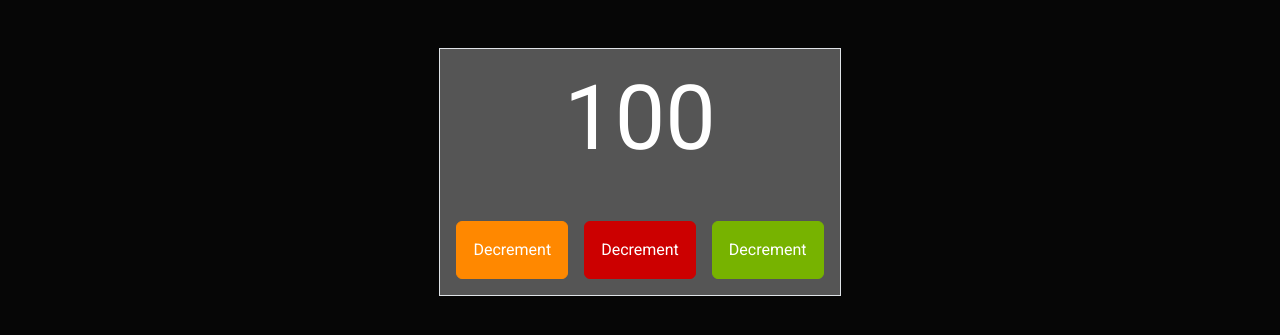
Repository: Afraz13/Emoboo
Page: /
An editor plug-in stored every save of this project. The page is shown before and after the next save, followed by the edit.
The browser window is 1280 px wide. The pictures show the whole page.
The project was rebuilt for these pictures with package versions that can differ from the ones it lists, and the page was loaded fresh each time.

Above is the page before, as saved 2024-08-15 12:40:50.

After the next save:
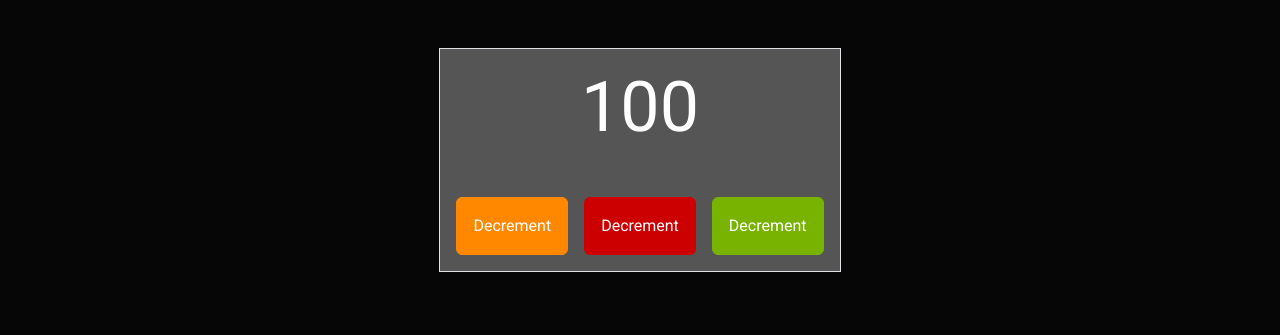
Saved 15 s later.
--- a/src/compontent/Counter.jsx
+++ b/src/compontent/Counter.jsx
@@ -4,7 +4,7 @@ function Counter() {
   return (
     <div className='d-flex justify-content-center align-items-center w-100  flex-column mt-5  '>
         <div className='border p-3 bg-secondary '>
-        <h1 style={{fontSize:'90px'}}>100</h1>
+        <h1 style={{fontSize:'70px'}}>100</h1>
         <div className='mt-5'>
             <button className='btn btn-warning p-3'>Decrement</button>
             <button className='btn btn-danger p-3 ms-3'>Decrement</button>
